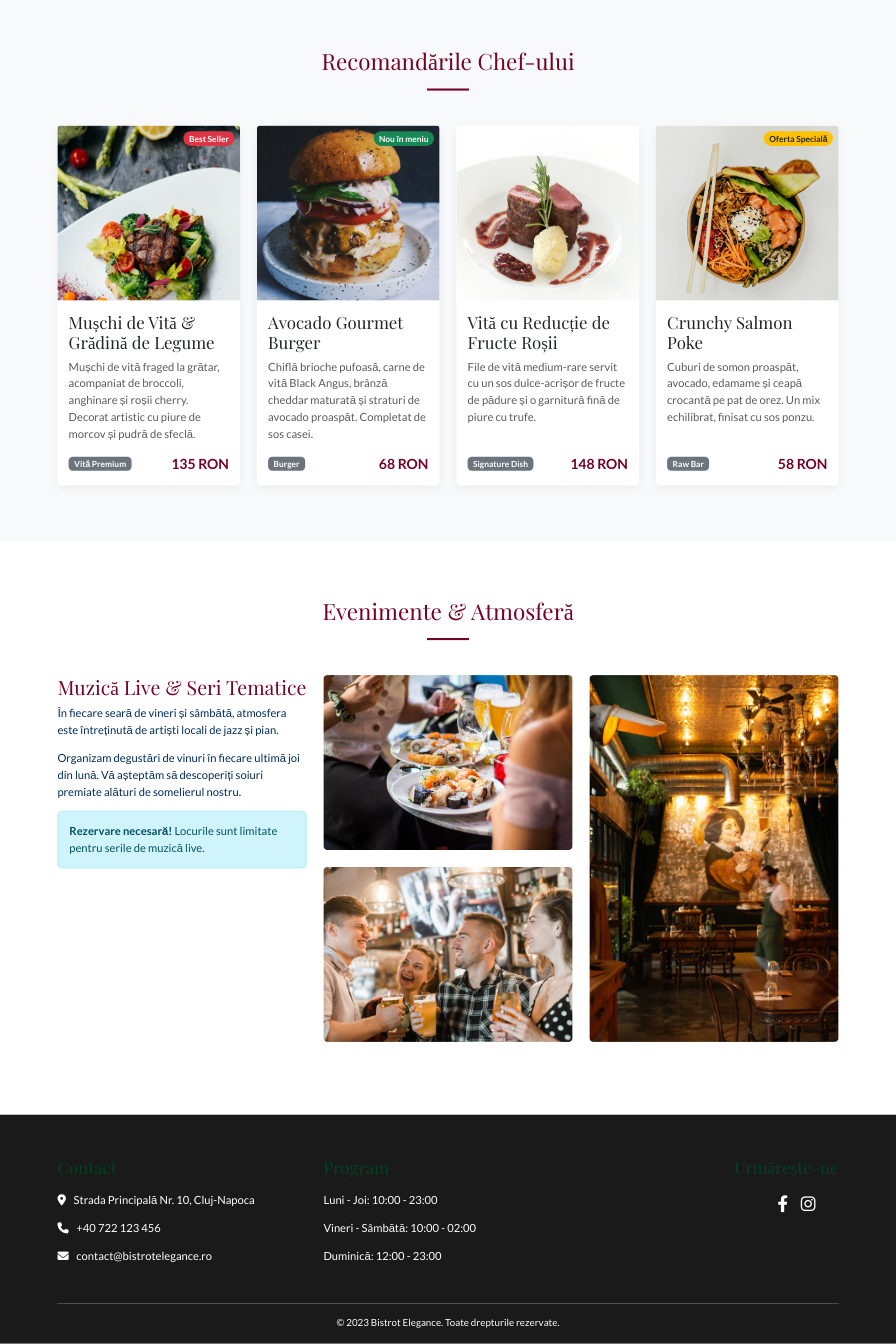
Repository: 912-Comsa-Teodora/bistrot-restaurant
Page: restaurant/index.html
These files come from the project's save history. The page is drawn as it stood at one moment and after the next save; the edit follows.
The browser window is 1280 px wide. The pictures show the part of the page from y = 1148 to 3068 px (the page is 3068 px tall), at 70% of full size.
A picture or video elsewhere on the page could not be fetched, so the positions and the page height are approximate.

Above is the page before, as saved 2026-01-17 14:16:41.

After the next save:
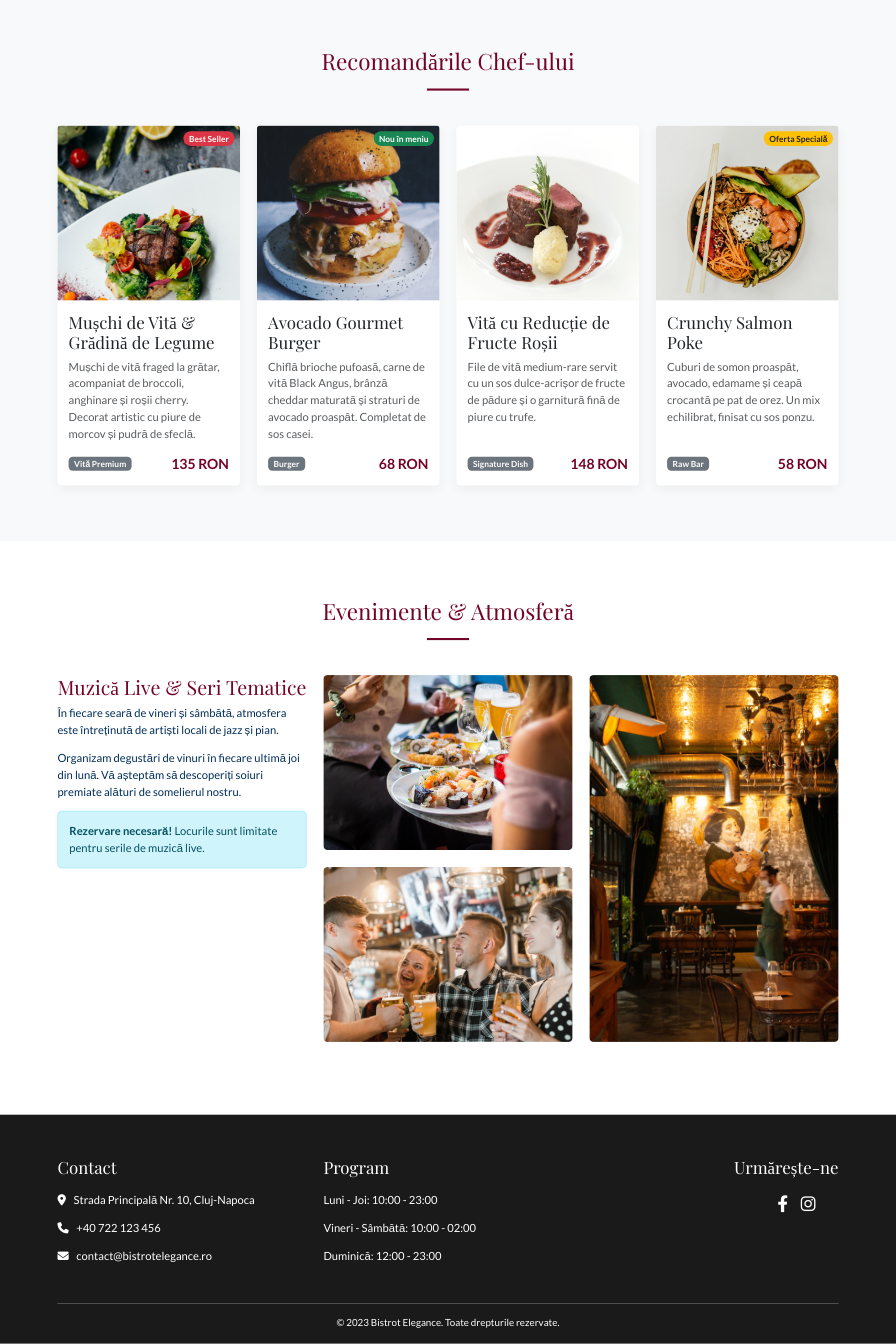
Saved 19 s later.
--- a/restaurant/index.html
+++ b/restaurant/index.html
@@ -17,7 +17,7 @@
     <style>
         :root {
             --primary-color: #740427; /* Visiniu elegant stil Toulouse */
-            --gold-color: #004322;
+            --gold-color: #ffffff;
             --text-dark: #002d5a;
         }
 
